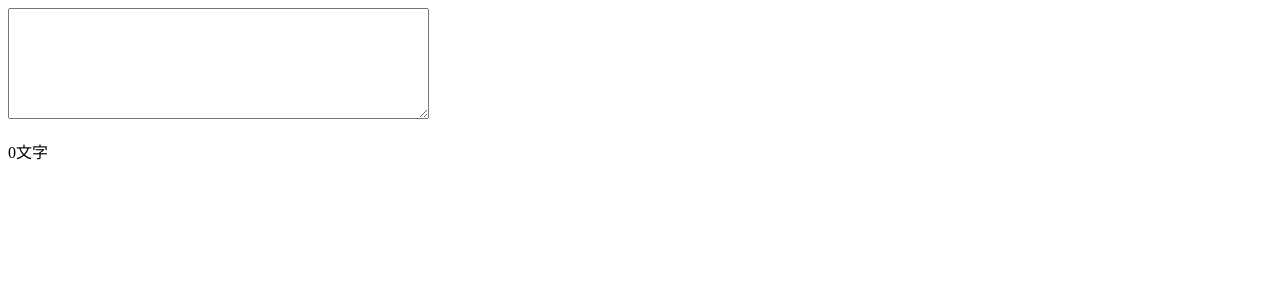
Repository: picalin/samurai_typing-game
Page: JavaScript_tutorial/WordAnimation.html
The author's editor kept a record of every edit. The page is drawn from the files as they stood at one moment, then again after the next edit.
The browser window is 1280 px wide. The pictures show the whole page.

Above is the page before.

### JavaScript_tutorial/WordAnimation.html
<!DOCTYPE html>
<html lang="ja">
  <head>
    <meta charset="utf-8">
    <title>JavaScriptの練習</title>
  </head>
    <body>
      <textarea id="text" cols="50" rows="7"></textarea>
      <p id="count">0文字</p>

      <script>
        const text = document.getElementById("text");
        const count = document.getElementById("count");

        text.addEventListener("keyup", () => {
          //文字数をカウントする処理を記述する
          const inputText=text.value.replace(/[\n\s]/g, ""); //文字列を取得

          //文字数を取得＆出力する
          count.textContent = inputText.length + "文字";
        });
      </script>
    </body>
</html>

After the next edit:
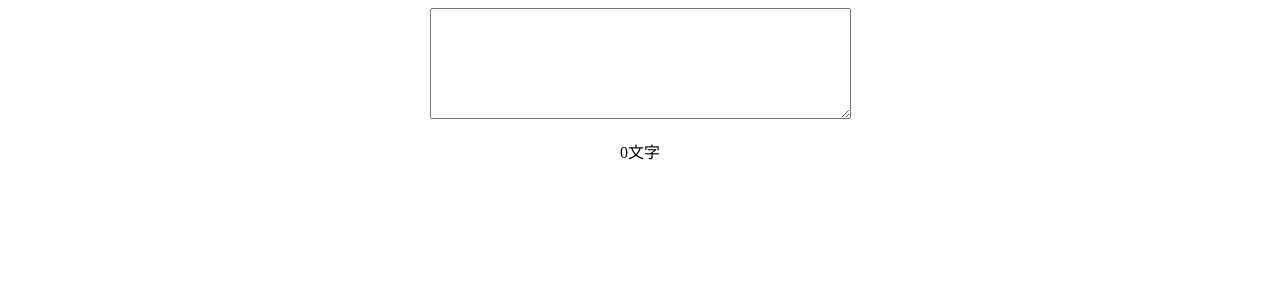
The edit:
--- a/JavaScript_tutorial/WordAnimation.html
+++ b/JavaScript_tutorial/WordAnimation.html
@@ -3,6 +3,11 @@
   <head>
     <meta charset="utf-8">
     <title>JavaScriptの練習</title>
+    <style>
+      body {
+        text-align: center;
+      }
+    </style>
   </head>
     <body>
       <textarea id="text" cols="50" rows="7"></textarea>
